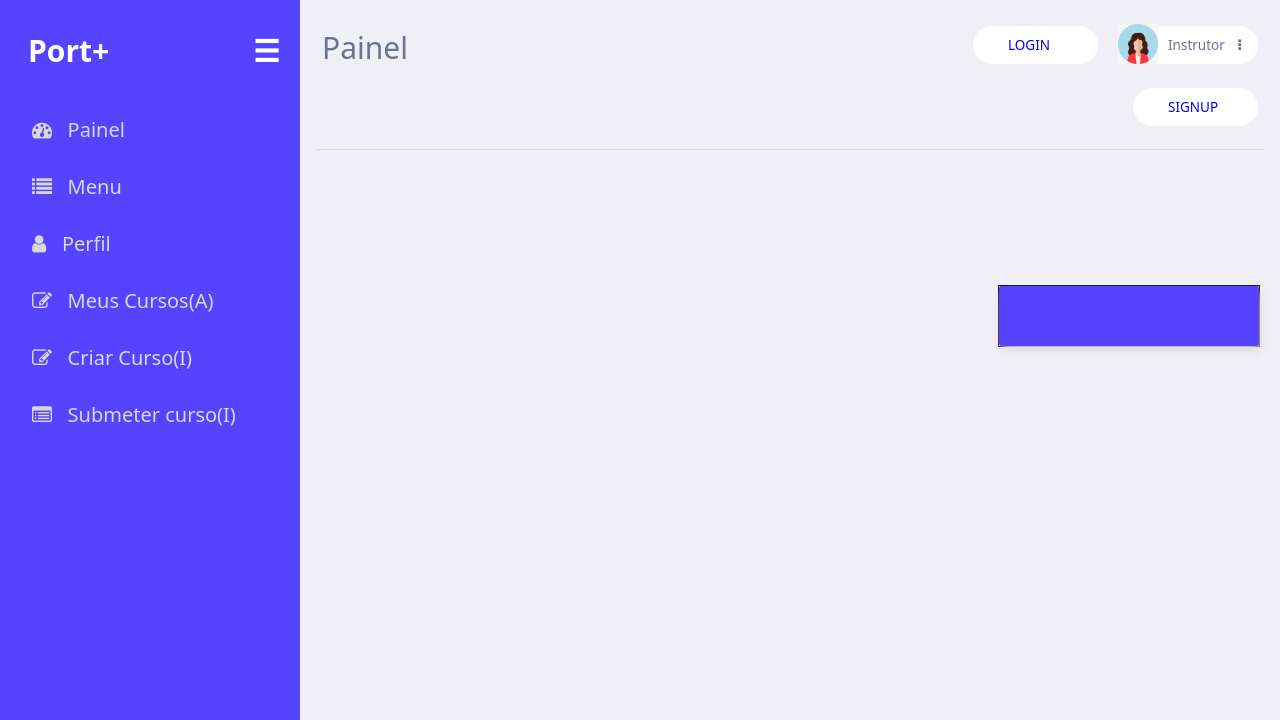
Repository: LauraMViana/Port-plus
Page: http://localhost/portPlus/apresentarCurso/apresentMaterial
An editor plug-in stored every save of this project. The page is shown before and after the next save, followed by the edit.
The browser window is 1280 px wide. The pictures show the whole page.
The page is this project's Thymeleaf template; nobody is signed in. The template is opened directly, without the code that normally fills it, so the values that code supplies are empty.

Above is the page before, as saved 2021-12-27 16:54:36.

### port/src/main/resources/templates/portPlus/apresentarCurso/apresentMaterial.html
<!DOCTYPE html >
<html xmlns:th="http://www.thymeleaf.org">
<head>
<meta charset="UTF-8">
<!-- Compiled and minified CSS -->
<!--
<link rel="stylesheet"
	href="https://cdnjs.cloudflare.com/ajax/libs/materialize/1.0.0/css/materialize.min.css"> -->
<link href="https://fonts.googleapis.com/icon?family=Material+Icons"
	rel="stylesheet">
<link rel="stylesheet" href="/style.css" type="text/css" />
<link rel="stylesheet"
	href="https://cdnjs.cloudflare.com/ajax/libs/font-awesome/4.7.0/css/font-awesome.min.css">
<title>PortPlus</title>
</head>
<body>
	<div th:insert="~{menu :: menu}"></div>
	<div class="main">
	<h1>sei la</h1>
		<div>
			<h6>
				<i class="material-icons col s2"> import_contacts</i> <span
					class="col s10" th:text="${curso.titulo}"></span>
			</h6>
			<h4>
				<span th:text="${modulo.tituloMod}"></span>
			</h4>
		</div>
		<div class="conteudo" th:each="mt: ${mat}">
			<p th:text="${mt.conteudo}"></p>
			<iframe width="650" height="365 "
				th:src="@{{video} (video=${mt.video})}" frameborder="0"
				allowfullscreen> </iframe>
		</div>
		<aside>
			<div class="card lista">
				<span class="card-title" th:text="${modulo.tituloMod}">Nome
					do Modulo</span>
			</div>
			<div class="lista" th:each="mt: ${material}">
				<ul>
					<li th:if="${mt.conteudo == null}"><i class="material-icons">play_circle_outline</i>
						<a
						th:href="@{/portPlus/meusCursos/{idC}/{titulo}/{idMod}/{tituloMod}/{idMat}/{tituloMat} (idC=${curso.id}, titulo=${curso.titulo}, idMod=${modulo.id}, tituloMod=${modulo.tituloMod},idMat=${mt.id}, tituloMat=${mt.tituloMat})}">
							<span th:text="${mt.tituloMat}"></span>
					</a></li>
					<li th:if="${mt.video == null}"><i class="material-icons">book</i>
						<a
						th:href="@{/portPlus/meusCursos/{idC}/{titulo}/{idMod}/{tituloMod}/{idMat}/{tituloMat} (idC=${curso.id}, titulo=${curso.titulo}, idMod=${modulo.id}, tituloMod=${modulo.tituloMod},idMat=${mt.id}, tituloMat=${mt.tituloMat})}">
							<span th:text="${mt.tituloMat}"></span>
					</a></li>
				</ul>
			</div>
		</aside>
	</div>
	<script
		src="https://ajax.googleapis.com/ajax/libs/jquery/3.5.1/jquery.min.js"></script>
	<script>
		$(".menu").click(function() {
			$("#mySidenav").css('width', '70px');
			$("#main").css('margin-left', '70px');
			$(".logo").css('display', 'none');
			$(".logo1").css('display', 'block');
			$(".logo span").css('visibility', 'visible');
			$(".logo span").css('margin-left', '-10px');
			$(".icon-a").css('visibility', 'hidden');
			$(".icon-a").css('height', '25px');
			$(".icons").css('visibility', 'visible');
			$(".icons").css('margin-left', '-8px');
			$(".menu1").css('display', 'block');
			$(".menu").css('display', 'none');
		});

		$(".menu1").click(function() {
			$("#mySidenav").css('width', '300px');
			$("#main").css('margin-left', '300px');
			$(".logo").css('visibility', 'visible');
			$(".logo").css('display', 'block');
			$(".icon-a").css('visibility', 'visible');
			$(".icons").css('visibility', 'visible');
			$(".menu").css('display', 'block');
			$(".menu1").css('display', 'none');
		});
	</script>
	<script>
		$(document).ready(function() {
			$(".profile p").click(function() {
				$(".profile-div").toggle();
			});
		});
	</script>
</body>
</html>

### port/src/main/resources/templates/menu.html
<!DOCTYPE html >
<html xmlns:th="http://www.thymeleaf.org">
<head>
<meta charset="UTF-8">
<link rel="stylesheet" href="/Style.css" type="text/css" />
<link rel="stylesheet"
	href="https://cdnjs.cloudflare.com/ajax/libs/font-awesome/4.7.0/css/font-awesome.min.css">
<title>Port+</title>
</head>
<body>
	<div th:fragment="menu">
		<div id="mySidenav" class="sidenav">
			<p class="logo">
				Port+ <span class="menu">&#9776;</span>
			</p>
			<p class="logo1">
				<span class="menu1">&#9776;</span>
			</p>
			<a href="/" class="icon-a"> <i class="fa fa-dashboard icons"></i>
				&nbsp;&nbsp;Painel
			</a> <a href="/" class="icon-a"><i class="fa fa-list icons"></i>
				&nbsp;&nbsp;Menu</a> <a href="#" class="icon-a"><i
				class="fa fa-user icons"></i> &nbsp;&nbsp;Perfil</a> <a
				href="/portPlus/criarCurso" class="icon-a"><i
				class="fa fa-edit icons"></i> &nbsp;&nbsp;Meus Cursos(A)</a> <a
				href="/portPlus/criarCurso" class="icon-a"><i
				class="fa fa-edit icons"></i> &nbsp;&nbsp;Criar Curso(I)</a><a
				href="/portPlus/meusCursos" class="icon-a"><i
				class="fa fa-list-alt icons"></i> &nbsp;&nbsp;Submeter curso(I)</a>
		</div>

		<div id="main">
			<div class="head">
				<div class="col-div-6">
					<p class="nav">Painel</p>
				</div>
				<div class="col-div-6">
					<div class="profile">
						<img src="/Imagens/usuario.png" class="pro-img circle" />
						<p>
							Instrutor <i class="fa fa-ellipsis-v dots" aria-hidden="true"></i>
						</p>
						<div class="profile-div">
							<p>
								<a href="#" class="icon-a"><i class="fa fa-user"></i>
									&nbsp;&nbsp;Perfil
							</p>
							<p>
								<i class="fa fa-power-off"></i> &nbsp;&nbsp;Sair
							</p>
						</div>
					</div>
					<div class="login">
						<p>
							<a href="/portPlus/login">LOGIN</a>
						</p>
						<p>
							<a href="/portPlus/signup">SIGNUP</a>
						</p>
					</div>
				</div>
				<div class="clearfix"></div>
			</div>
			<div class="clearfix"></div>
			<br />
		</div>
	</div>
	<script
		src="https://ajax.googleapis.com/ajax/libs/jquery/3.5.1/jquery.min.js"></script>
	<script>
		$(".menu").click(function() {
			$("#mySidenav").css('width', '70px');
			$("#main").css('margin-left', '70px');
			$(".logo").css('display', 'none');
			$(".logo1").css('display', 'block');
			$(".logo span").css('visibility', 'visible');
			$(".logo span").css('margin-left', '-10px');
			$(".icon-a").css('visibility', 'hidden');
			$(".icon-a").css('height', '25px');
			$(".icons").css('visibility', 'visible');
			$(".icons").css('margin-left', '-8px');
			$(".menu1").css('display', 'block');
			$(".menu").css('display', 'none');
		});

		$(".menu1").click(function() {
			$("#mySidenav").css('width', '300px');
			$("#main").css('margin-left', '300px');
			$(".logo").css('visibility', 'visible');
			$(".logo").css('display', 'block');
			$(".icon-a").css('visibility', 'visible');
			$(".icons").css('visibility', 'visible');
			$(".menu").css('display', 'block');
			$(".menu1").css('display', 'none');
		});
	</script>
	<script>
		$(document).ready(function() {
			$(".profile p").click(function() {
				$(".profile-div").toggle();

			});

			/* $(".noti-icon").click(function() {
					$(".notification-div").toggle();
				}); */

		});
	</script>
</body>
</html>

### port/src/main/resources/static/Style.css
/* Laura */
body {
	margin: 0px;
	padding: 0px;
	background-color: #efeff5;
	font-family: system-ui;
}

.clearfix {
	clear: both;
}

.logo {
	margin: 0px;
	margin-left: 28px;
	font-weight: bold;
	color: white;
	margin-bottom: 30px;
}

.sidenav {
	height: 100%;
	width: 300px;
	position: fixed;
	z-index: 1;
	top: 0;
	left: 0;
	background-color: #5643ff;
	overflow: hidden;
	padding-top: 30px;
	transition: ease-in-out 0.3s;
}

.menu {
	float: right;
	margin-right: 20px;
	cursor: pointer;
}

.logo1 {
	margin: 0px;
	margin-left: 20px;
	font-weight: bold;
	color: white;
	margin-bottom: 50px;
	display: none;
	cursor: pointer;
}

.menu1 {
	float: left;
	display: none;
}

.sidenav a {
	padding: 15px 8px 15px 32px;
	text-decoration: none;
	font-size: 20px;
	color: #d8d8d8;
	display: block;
}

.sidenav a:hover {
	color: #f1f1f1;
	background-color: #2c1ed6;
}

.sidenav {
	top: 0;
	right: 25px;
	font-size: 30px;
}

#main {
	padding: 16px;
	margin-left: 300px;
}

.head {
	padding: 0px 6px;
	border-bottom: 1px solid #d6d6d8b8;
	padding-bottom: 10px;
}

.col-div-6 {
	width: 50%;
	float: left;
}

.login p {
	color: #6c7293;
	font-weight: 500;
	margin-left: 35px;
	margin-top: 10px;
	font-size: 13.5px;
	background-color: white;
	padding: 10px;
	border-radius: 25px;
	padding-left: 35px;
	width: 80px;
	float: right;
	cursor: pointer;
}

.profile {
	display: inline-block;
	float: right;
	width: 160px;
}

.pro-img {
	float: left;
	width: 40px;
	margin-top: 8px;
	margin-left: 20px;
}

.profile p {
	color: #6c7293;
	font-weight: 500;
	margin-left: 35px;
	margin-top: 10px;
	font-size: 13.5px;
	background-color: white;
	padding: 10px;
	border-radius: 25px;
	padding-left: 35px;
	cursor: pointer;
}

.dots {
	margin-left: 10px;
}

.profile-div {
	background-color: white;
	width: 160px;
	border: 1px solid #ddd;
	padding: 10px 0px;
	right: 2%;
	border-radius: 5px;
	position: absolute;
	z-index: 9;
	display: none;
}

.profile-div:after {
	content: '';
	position: absolute;
	height: 10px;
	width: 10px;
	background-color: white;
	top: -6px;
	border-left: 1px solid #ddd;
	border-top: 1px solid #ddd;
	transform: rotate(45deg);
	right: 10%;
}

.profile-div p {
	margin: 0px;
	padding: 10px 20px;
}

.profile-div p:hover {
	margin: 0px;
	padding: 10px 20px;
	background-color: #5643ff;
	border-radius: 0px;
	color: white;
}

.notification-div {
	background-color: white;
	width: 240px;
	border: 1px solid #ddd;
	padding: 10px 0px;
	right: 16%;
	border-radius: 5px;
	top: 12%;
	position: absolute;
	z-index: 9;
	display: none;
}

.notification-div:after {
	content: '';
	position: absolute;
	height: 10px;
	width: 10px;
	background-color: white;
	top: -6px;
	border-left: 1px solid #ddd;
	border-top: 1px solid #ddd;
	transform: rotate(45deg);
	right: 10%;
}

.noti-head {
	display: block;
	margin: 0px;
	color: #6c7293;
}

.noti-head:hover {
	background-color: white !important;
	color: #6c7293 !important;
}

.noti-head span {
	position: absolute;
	right: 8%;
	top: 10%;
	background-color: #5643ff;
	padding: 1px 5px;
	color: white;
	border-radius: 20px;
}

.hr {
	margin: 0px;
	border: none;
	background-color: #ddd;
	height: 1px;
}

.notification-div p {
	margin: 0px;
	padding: 10px 20px;
	color: #6c7293;
}

.notification-div p span {
	font-size: 11px;
	display: block;
}

.notification-div p:hover {
	margin: 0px;
	padding: 10px 20px;
	background-color: #5643ff;
	border-radius: 0px;
	color: white;
}

.search-icon {
	position: absolute;
	right: 22%;
	top: 25px;
	background-color: white;
	padding: 13px;
	border-radius: 21px;
	color: #6c7293;
	cursor: pointer;
}

.noti-icon {
	position: absolute;
	right: 17%;
	top: 25px;
	background-color: #5643ff;
	padding: 13px;
	border-radius: 21px;
	color: #fff;
	cursor: pointer;
}

.noti-icon:after {
	content: '';
	height: 5px;
	width: 5px;
	border-radius: 5px;
	top: 5px;
	left: 20px;
	position: absolute;
	background-color: red;
}

.col-div-4-1 {
	width: 33.3%;
	float: left;
}

.box {
	width: 88%;
	height: 480px;
	background-color: #ffffff;
	margin-left: 10px;
	padding: 10px;
	box-shadow: 2px 5px 10px #ddd;
	position: relative;
}

.box p {
	color: #6c7293;
	font-weight: 500;
	padding-left: 10px;
}

.number {
	font-size: 35px;
	margin-bottom: 0px;
	margin-top: 20px;
}

.percent {
	margin: 0px;
	font-size: 14px;
	color: #37bf37 !important;
}

.percent span {
	font-size: 12px;
	color: #9398b1;
	padding-left: 3px;
}

.head-1 {
	font-size: 18px !important;
	margin: 10px 0px;
	color: #6c7293;
}

.head-1 span {
	float: right;
	background-color: #5643ff;
	color: white;
	padding: 3px 10px;
	font-size: 15px;
}

.box-icon {
	font-size: 20px !important;
	margin-top: 35px !important;
	color: #5643ff;
	padding-right: 10px;
	background-color: #efeff5;
	padding: 15px;
	border-radius: 25px;
	position: absolute;
	right: 16px;
	top: -18px;
}

.box-1 {
	width: 88%;
	height: 282px;
	background-color: #ffffff;
	margin-left: 10px;
	padding: 10px;
	box-shadow: 2px 5px 10px #ddd;
	position: relative;
}

.m-box {
	color: #6c7293;
	position: relative;
	padding: 0px 12px;
}

.active {
	background-color: #5646ff;
	color: white;
	box-shadow: 4px 3px 7px 3px #3226ad54;
}

.active .no-1 {
	color: #ddd !important;
}

.m-box p {
	display: inline-block;
	margin: 10px 0px;
}

.no {
	position: absolute !important;
	top: 21px;
	right: 15px;
	font-weight: 500;
}

.no-1 {
	font-size: 12px;
	color: #9398b1;
}

.act-p {
	font-size: 13px;
	color: #6c7293;
}

.act-p .fa {
	color: orange !important;
}

.content-box-1 {
	padding: 0px 10px;
}

.col-div-12 {
	width: 100%;
}

.col-div-4 {
	width: 30%;
	float: left;
}

.content-box {
	padding: 20px;
}

.content-box p {
	margin: 0px;
	font-size: 20px;
	color: #6c7293;
}

.content-box p span {
	float: right;
	background-color: #5643ff;
	color: white;
	padding: 3px 10px;
	font-size: 15px;
}

.box-8 {
	width: 97.8%;
	background-color: #fff;
	height: 330px;
}

.nav {
	font-size: 30px;
	cursor: pointer;
	color: #6c7293;
	margin: 11px 0px;
}

.box-8 {
	margin-left: 10px;
}

td, th {
	border: 1px solid #dddddd;
	text-align: left;
	padding: 10px;
}

tr:nth-child(even) {
	background-color: #5643ff29;
	color: #6c7293 !important;
}

.circle-wrap {
	margin: 50px auto;
	width: 150px;
	height: 150px;
	background: #e6e2e7;
	border-radius: 50%;
}

.circle-wrap .circle .mask, .circle-wrap .circle .fill {
	width: 150px;
	height: 150px;
	position: absolute;
	border-radius: 50%;
}

.circle-wrap .circle .mask {
	clip: rect(0px, 150px, 150px, 75px);
}

.circle-wrap .circle .mask .fill {
	clip: rect(0px, 75px, 150px, 0px);
	background-color: #5646ff;
}

.circle-wrap .circle .mask.full, .circle-wrap .circle .fill {
	animation: fill ease-in-out 3s;
	transform: rotate(126deg);
}

@
keyframes fill { 0% {
	transform: rotate(0deg);
}

100










%
{
transform










:










rotate








(










126deg










)








;
}
}
.circle-wrap .inside-circle {
	width: 130px;
	height: 130px;
	border-radius: 50%;
	background: #fff;
	line-height: 130px;
	text-align: center;
	margin-top: 10px;
	margin-left: 10px;
	position: absolute;
	z-index: 100;
	font-weight: 700;
	font-size: 2em;
	color: #6c7293;
}

/* Thais */
h1 {
	font-weight: 400;
	font-family: Century Gothic, Arial, Helvetica, sans-serif;
	color: #6c7293;
	font-size: calc(1.044375rem + 1.7325vw);
}

h4, h6 {
	font-weight: 100;
	font-family: Century Gothic, Arial, Helvetica, sans-serif;
	color: #6c7293;
	font-size: 30px;
	margin: 0px;
}

a {
	text-decoration: none;
}

#btn {
	text-align: right;
}

/*Apresente material  */
.mod-title {
	font-size: 30px;
	color: #d8d8d8;
}

/* Index  */
.box-mod {
	width: 88%;
	height: 30px;
	background-color: #dfdfdf;
	margin-left: 10px;
	padding: 10px;
	position: relative;
	margin-left: 10px;
	padding: 10px;
	border-top: 1px solid #d7dfe3;
	margin-left: 10px;
	margin-bottom: 15px;
}

.box-mod p {
	color: #6c7293;
	font-weight: 500;
	margin: 0px;
	padding: 10px;
	width: 105px;
	margin-left: 90px;
}
/* blocos de curso ou modulos  */
.col-div-4-2 {
	width: 25%;
	float: left;
}

.card.small .card-image+.card-content, .card.medium .card-image+.card-content,
	.card.large .card-image+.card-content {
	max-height: 40%;
}

.card.small .card-content, .card.medium .card-content, .card.large .card-content
	{
	max-height: 100%;
	overflow: hidden;
}

.card .card-content {
	padding: 24px;
	border-radius: 0 0 2px 2px;
}

.card .card-image img {
	display: block;
	border-radius: 2px 2px 0 0;
	position: relative;
	left: 0;
	right: 0;
	top: 0;
	bottom: 0;
	width: 100%;
}

img {
	border-style: none;
}

.card.small .card-image, .card.medium .card-image, .card.large .card-image
	{
	max-height: 60%;
	overflow: hidden;
}

.card .card-image {
	position: relative;
}

.card.small {
	height: 300px;
}

.card.small, .card.medium, .card.large {
	position: relative;
}

.card {
	margin-left: 10px;
	box-shadow: 2px 5px 10px #ddd;
	position: relative;
	height: 250px;
	background-color: #fff;
	-webkit-transition: -webkit-box-shadow .25s;
	transition: -webkit-box-shadow .25s;
	transition: box-shadow .25s;
	transition: box-shadow .25s, -webkit-box-shadow .25s;
	border-radius: 2px;
}

.card {
	position: relative;
	margin: 0.5rem 0 1rem 0;
	background-color: #fff;
	-webkit-transition: -webkit-box-shadow .25s;
	transition: -webkit-box-shadow .25s;
	transition: box-shadow .25s;
	transition: box-shadow .25s, -webkit-box-shadow .25s;
	border-radius: 2px;
}

.image {
	display: block;
	position: relative;
	left: 0;
	right: 0;
	top: 0;
	bottom: 0;
	width: 100%;
	max-height: 70%;
	overflow: hidden;
	max-height: 70%;
	right: 0;
	top: 0;
	bottom: 0;
}

.card {
	margin-left: 10px;
	box-shadow: 2px 5px 10px #ddd;
	position: relative;
	height: 250px;
	background-color: #fff;
	-webkit-transition: -webkit-box-shadow .25s;
	transition: -webkit-box-shadow .25s;
	transition: box-shadow .25s;
	transition: box-shadow .25s, -webkit-box-shadow .25s;
	border-radius: 2px;
}

.card-title-mod {
	display: block;
	line-height: 32px;
	margin-bottom: 8px;
	font-size: 24px;
	font-weight: 300;
}
/* descriçao do curso  */
.mod-d {
	font-size: 18px !important;
	margin: 10px 0px;
	color: #6c7293;
	text-align: justify;
}

/* Pag apresentação Material */
aside {
	width: 260px;
	float: right;
	margin-right: 20px;
	border: 1px solid black;
}

.conteudo {
	padding-left: 15px;
	width: 700px;
	float: left;
	height: 415px;
	text-align: justify;
}

.card.lista {
	background-color: #5643ff;
	width: 259.5px;
	height: 50px;
	text-align: center;
	padding: 5px 0px 5px 0px;
	margin: 0px;
}

.lista li {
	padding: 15px 8px 15px 32px;
	text-decoration: none;
	font-size: 20px;
	color: #d8d8d8;
	display: block;
	text-align: justify;
}

.lista li:hover {
	color: #f1f1f1;
	background-color: #5643ff;
}

.lista a:hover {
	color: #f1f1f1;
	background-color: #5643ff;
}

ul {
	padding: 0px;
	margin: 0px;
	list-style-type: none;
}

textarea.materialize-textarea.texto {
	height: 12rem;
}

input:not([type]), input[type="text"]:not(.browser-default), input[type="url"]:not(.browser-default),
	input[type="number"]:not(.browser-default), textarea.materialize-textarea
	{
	background-color: transparent;
	border-top-width: initial;
	border-right-width: initial;
	border-left-width: initial;
	border-top-color: initial;
	border-right-color: initial;
	border-left-color: initial;
	height: 3rem;
	width: 100%;
	font-size: 16px;
	box-shadow: none;
	box-sizing: content-box;
	border-style: none none solid;
	border-image: initial;
	border-bottom: 1px solid rgb(158, 158, 158);
	border-radius: 0px;
	outline: none;
	margin: 0px 0px 8px;
	padding: 0px;
	transition: box-shadow 0.3s ease 0s, border 0.3s ease 0s,
		-webkit-box-shadow 0.3s ease 0s;
}

form {
	padding-left: 50px;
}

.dados-do-curso, .listarCriarMod {
	padding-left: 50px;
}

.s2 {
	width: 20%;
	display: inline;
}

.col.s3 {
	width: 25%;
	margin-left: auto;
	left: auto;
	right: auto;
}

.col.s4 {
	width: 33.3333333333%;
	margin-left: auto;
	left: auto;
	right: auto;
}

.col.s5 {
	width: 41.6666666667%;
	margin-left: auto;
	left: auto;
	right: auto;
}

.col.s6 {
	width: 50%;
	margin-left: auto;
	left: auto;
	right: auto;
}

.col.s9 {
	width: 75%;
	margin-left: auto;
	left: auto;
	right: auto;
}

.col.s12 {
	width: 100%;
	margin-left: auto;
	left: auto;
	right: auto;
}

.col.s12.cont {
	padding-bottom: 20px;
}

.col {
	float: left;
	-webkit-box-sizing: border-box;
	box-sizing: border-box;
	padding: 0 0.75rem;
	min-height: 1px;
}

.s10 {
	width: 80%;
	margin-left: auto;
	left: auto;
	right: auto;
}

.btn {
	text-decoration: none;
	color: #fff;
	background-color: #26a69a;
	text-align: center;
	letter-spacing: .5px;
	-webkit-transition: background-color .2s ease-out;
	transition: background-color .2s ease-out;
	cursor: pointer;
	border: none;
	border-radius: 2px;
	display: inline-block;
	height: 36px;
	line-height: 36px;
	padding: 0 16px;
	text-transform: uppercase;
	font-size: 14px;
	outline: 0;
	font-size: 14px;
}

.waves-effect {
	position: relative;
	cursor: pointer;
	display: inline-block;
	overflow: hidden;
	-webkit-user-select: none;
	-moz-user-select: none;
	-ms-user-select: none;
	user-select: none;
	-webkit-tap-highlight-color: transparent;
	vertical-align: middle;
	z-index: 1;
	-webkit-transition: .3s ease-out;
	transition: .3s ease-out;
}

.modal.modal-fixed-footer {
	padding: 0;
	height: 70%;
}

.modal {
	display: none;
	position: fixed;
	left: 0;
	right: 0;
	background-color: #fafafa;
	padding: 0;
	max-height: 70%;
	width: 55%;
	margin: auto;
	overflow-y: auto;
	border-radius: 2px;
	will-change: top, opacity;
}

.modal.modal-fixed-footer {
	padding: 0;
	height: 70%;
}

.modal {
	display: none;
	position: fixed;
	left: 0;
	right: 0;
	background-color: #fafafa;
	padding: 0;
	max-height: 70%;
	width: 55%;
	margin: auto;
	overflow-y: auto;
	border-radius: 2px;
	will-change: top, opacity;
}

.z-depth-5, .modal {
	-webkit-box-shadow: 0 24px 38px 3px rgb(0 0 0/ 14%), 0 9px 46px 8px
		rgb(0 0 0/ 12%), 0 11px 15px -7px rgb(0 0 0/ 20%);
	box-shadow: 0 24px 38px 3px rgb(0 0 0/ 14%), 0 9px 46px 8px
		rgb(0 0 0/ 12%), 0 11px 15px -7px rgb(0 0 0/ 20%);
}

.collapsible {
	border-top: 1px solid #ddd;
	border-right: 1px solid #ddd;
	border-left: 1px solid #ddd;
	margin: 0.5rem 0 1rem 0;
}

.collapsible-header {
	display: -webkit-box;
	display: -webkit-flex;
	display: -ms-flexbox;
	display: flex;
	-webkit-tap-highlight-color: transparent;
	line-height: 1.5;
	padding: 1rem;
	background-color: #fff;
	border-bottom: 1px solid #ddd;
	display: -webkit-box;
	display: -webkit-flex;
	display: -ms-flexbox;
	display: flex;
	cursor: pointer;
	-webkit-tap-highlight-color: transparent;
	line-height: 1.5;
	padding: 1rem;
	background-color: #fff;
	border-bottom: 1px solid #ddd;
}

.optCont {
	display: inline-block;
	float: right;
	width: 160px;
}

.optCont a {
	cursor: pointer;
}

.opt {
	background-color: white;
	width: 100px;
	border: 1px solid #ddd;
	padding: 10px 0px;
	right: 10%;
	border-radius: 5px;
	position: absolute;
	z-index: 9;
	display: none;
}

.opt p {
	margin: 0px;
	padding: 10px 20px;
}

.opt p:hover {
	margin: 0px;
	padding: 10px 20px;
	background-color: #5643ff;
	border-radius: 0px;
	color: white;
}

.modal.modal-fixed-footer {
	height: 40%;
	width: 40%;
}

.modal .modal-content {
	padding: 65px 24px 24px 75px;
}

After the next save:
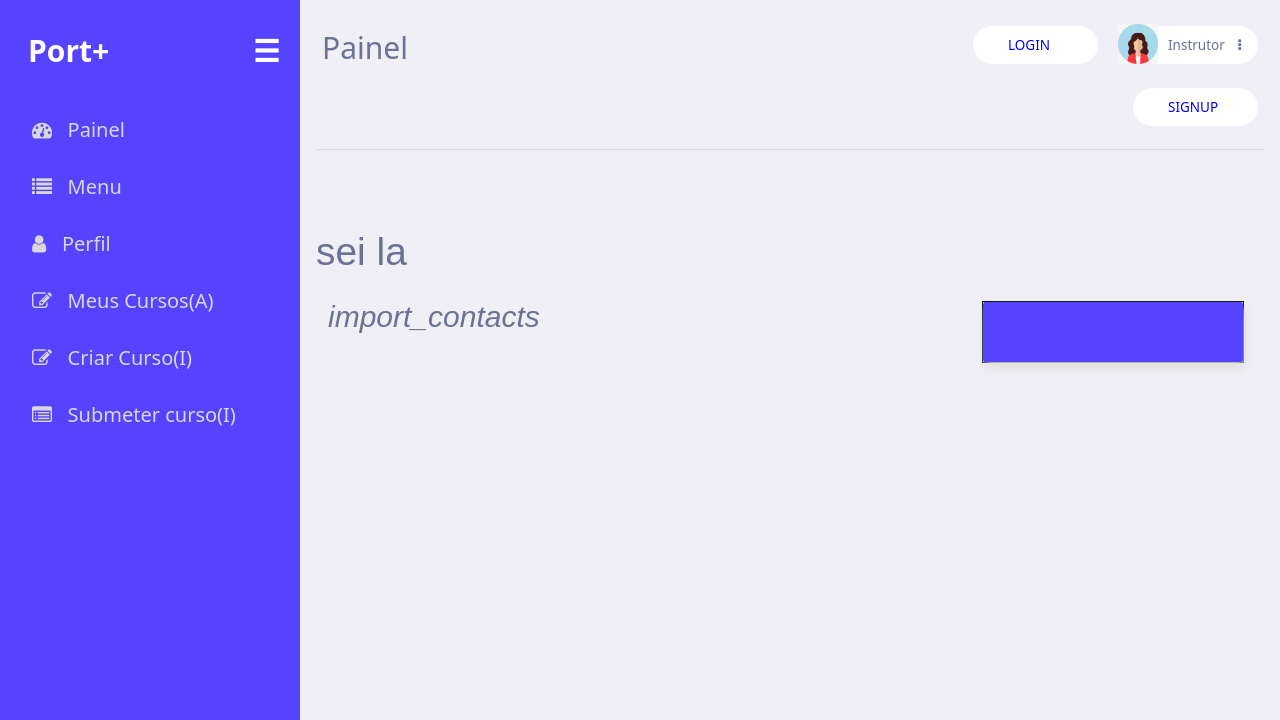
Saved 18 s later.
--- a/port/src/main/resources/templates/portPlus/apresentarCurso/apresentMaterial.html
+++ b/port/src/main/resources/templates/portPlus/apresentarCurso/apresentMaterial.html
@@ -15,7 +15,7 @@
 </head>
 <body>
 	<div th:insert="~{menu :: menu}"></div>
-	<div class="main">
+	<div id="main">
 	<h1>sei la</h1>
 		<div>
 			<h6>
